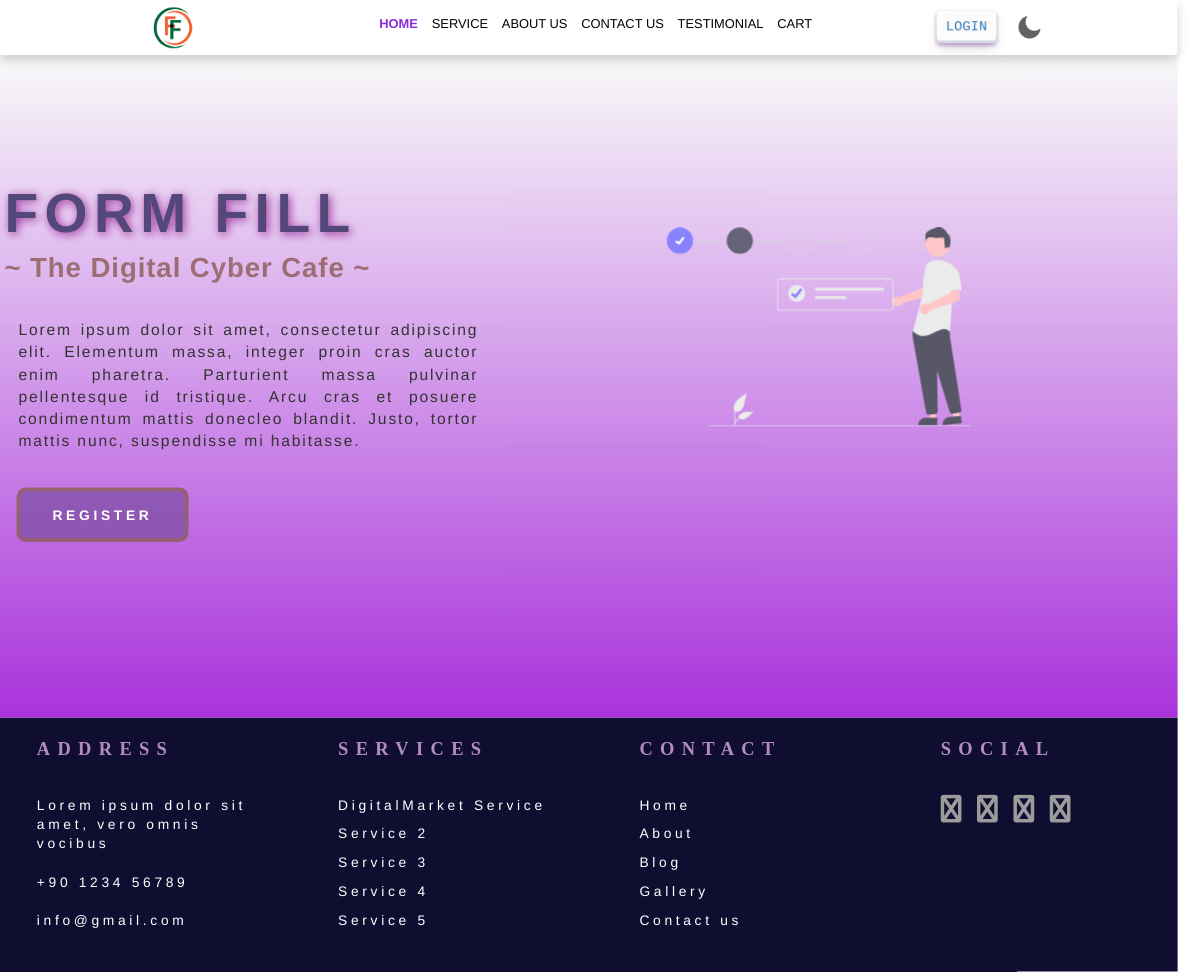
Repository: codervivek5/Formfil
Page: index.html
The author's editor kept a copy of each file at every save. The page is drawn from the files as they stood at one save, then again after the next save.
The browser window is 1280 px wide. The page is 1295 px wide, so the pictures cover 1295 px, including what lies to the right of the window. The pictures show the whole page, at 92% of full size.
Some web fonts or font styles are not loaded; a fallback is used.

Above is the page before, as saved 2023-03-04 21:49:03.

### index.html
<!DOCTYPE html>
<html lang="en">

<head>
	<meta charset="UTF-8" />
	<meta http-equiv="X-UA-Compatible" content="IE=edge" />
	<meta name="viewport" content="width=device-width, initial-scale=1.0" />
	<title>Home-FormFil</title>
	<link rel="stylesheet" href="style/style.css" />
     <link rel="stylesheet" href="style/theme.css">

	<link rel="stylesheet" href="https://maxcdn.bootstrapcdn.com/bootstrap/3.4.1/css/bootstrap.min.css">
	<script src="https://ajax.googleapis.com/ajax/libs/jquery/3.6.0/jquery.min.js"></script>
     <script src="https://maxcdn.bootstrapcdn.com/bootstrap/3.4.1/js/bootstrap.min.js"></script>

	<link rel="stylesheet" href="https://fonts.googleapis.com/css?family=Trirong" />
	<link rel="icon" type="image/x-icon" href="./img/crop_logo.png" />
	<link rel="stylesheet" href="https://cdnjs.cloudflare.com/ajax/libs/font-awesome/6.2.1/css/all.min.css">
</head>

<body>

    <div class="loader">
          <img class= "imgload" src="img/logo.png"  alt="">
     </div>

     <header class="navbar">
      <a href="index.html"><img class="logo" src="img/logo.png" width="100px" height="100px" /></a>

      <div class="navbar-opt">
        <ul class="navbar-list">
          <li><a href="index.html" class="nav-link active">HOME</a></li>
          <li><a href="pages/service.html" class="nav-link">SERVICE </a></li>
          <li><a href="pages/about_us.html" class="nav-link">ABOUT US </a></li>
          <li><a href="pages/contact-us.html" class="nav-link">CONTACT US </a></li>
          <li><a href="pages/testimonial.html" class="nav-link">TESTIMONIAL</a></li>
          <li><a href="pages/cart.html" class="nav-link">CART</a></li>
        </ul>
      </div>

      <div class="fixed-buttons">
        <button><a href="pages/login.html" class="lgn">LOGIN</a></button>
        <img src="img/moon.png" id="icon">
      </div>

      <div class="mobile-menu">
        <ion-icon name="menu-outline" class="menu-icon"></ion-icon>
        <ion-icon name="close-outline" class="menu-icon"></ion-icon>
      </div>

     </header>

	<div class="main">

		<div class="container">
			<div class="content animated fadeInLeft">
				<h1>FORM FILL</h1>
				<h2>~ The Digital Cyber Cafe ~</h2>
				<p class="para">
					Lorem ipsum dolor sit amet, consectetur adipiscing elit.
          Elementum massa, integer proin cras auctor enim pharetra.
					Parturient massa pulvinar pellentesque id tristique.
          Arcu cras et posuere condimentum mattis donecleo blandit.
          Justo, tortor mattis nunc, suspendisse mi habitasse.
				</p>
				<div class="btn">
					<a href="pages/signup.html"> <button class="btn1 button">REGISTER</button></a>
				</div>
			</div>
			<div class="shipp animated fadeInRight">
				<img src="img/svg.svg" />
        <!-- <img src="img/formfilSvg.svg" /> -->
			</div>
		</div>
	</div>

<!-- footer section -->
<footer>
    <div>
        <div class="row">
            <div class="col-lg-3 col-md-5 col-sm-4 col-xs-12">
                <ul class="adress">
                     <span>Address</span>
                     <li>
                        <p>Lorem ipsum dolor sit amet, vero omnis vocibus</p>
                      </li>

                      <li>
                        <p>+90 1234 56789</p>
                      </li>

                      <li>
                        <p>info@gmail.com</p>
                      </li>
                 </ul>
            </div>
            <div class="col-lg-3 col-md-5 col-sm-4 col-xs-12">
               <ul class="service">
                    <span>Services</span>
                    <li>
                       <a href="#">DigitalMarket Service</a>
                     </li>

                     <li>
                        <a href="#">Service 2</a>
                     </li>

                     <li>
                       <a href="#">Service 3</a>
                     </li>

                     <li>
                        <a href="#">Service 4 </a>
                     </li>

                     <li>
                       <a href="#">Service 5</a>
                    </li>
               </ul>
           </div>
            <div class="col-lg-3 col-md-3 col-sm-4 col-xs-12">
                <ul class="contact">
                     <span>Contact</span>
                     <li>
                        <a href="index.html">Home</a>
                      </li>

                      <li>
                         <a href="pages/about_us.html">About</a>
                      </li>

                      <li>
                        <a href="#">Blog</a>
                      </li>

                      <li>
                         <a href="#">Gallery </a>
                      </li>

                      <li>
                        <a href="pages/contact-us.html">Contact us</a>
                     </li>
                </ul>
            </div>

            <div class="col-lg-3 col-md-3 col-sm-4 col-xs-12">
               <ul class="social">
                    <span>Social</span>
                    <li>
                         <a href="https://www.facebook.com/codervivek"  target="_blank"><i class="fa fa-facebook fa-2x"></i></a>
                    </li>

                    <li>
                         <a href="https://github.com/codervivek5" target="_blank"><i class="fa fa-github fa-2x"></i></a>
                    </li>

                    <li>
                         <a href="https://www.linkedin.com/in/codervivek/" target="_blank"><i class="fa fa-linkedin fa-2x"></i></a>
                    </li>

                    <li>
                         <a href="https://twitter.com/codervivek5" target="_blank"><i class="fa fa-twitter fa-2x"></i></a>
                    </li>

                    <li>
                         <a href="https://www.youtube.com/codervivek" target="_blank"><i class="fa fa-youtube-play fa-2x"></i></a>
                   </li>
                  </ul>
            </div>
       </div>
    </div>
    <button class="back-to-top hidden">
     <svg
     xmlns="http://www.w3.org/2000/svg"
     class="back-to-top-icon"
     fill="none"
     viewBox="0 0 24 24"
     stroke="currentColor"
   >
     <path
       stroke-linecap="round"
       stroke-linejoin="round"
       stroke-width="2"
       d="M7 11l5-5m0 0l5 5m-5-5v12"
     />
   </svg></button>
</footer>


<script>

     // Javascript Code for Dark Mode Switch
	var icon = document.getElementById("icon");
	icon.onclick = function(){
		document.body.classList.toggle("dark-mode");
		if (document.body.classList.contains("dark-mode")){
			icon.src="img/sun.png";
		}
		else {
			icon.src="img/moon.png";
		}
	}
  //javascript for loader
  $(document).ready(function() {
      // Animate loader off screen
   setTimeout(function() {
    $(".loader").fadeOut("slow");
   }, 0);
  });
      // Javascript Code for Scroll to top Button
      const showOnPx = 100;
      const backToTopButton = document.querySelector(".back-to-top")

     const scrollContainer = () => {
       return document.documentElement || document.body;
      };

 document.addEventListener("scroll", () => {
   if (scrollContainer().scrollTop > showOnPx) {
     backToTopButton.classList.remove("hidden")
   } else {
     backToTopButton.classList.add("hidden")
   }
 })
 const goToTop = () => {
   document.body.scrollIntoView({
     behavior: "smooth",
   });
 };
 backToTopButton.addEventListener("click", goToTop);

 const mobile_nav= document.querySelector('.mobile-menu');
const nav_header= document.querySelector(".navbar");

const toggleNav = () =>{
  nav_header.classList.toggle("switchOn");
}

mobile_nav.addEventListener('click', () => toggleNav());

</script>
<script type="module" src="https://unpkg.com/ionicons@5.5.2/dist/ionicons/ionicons.esm.js"></script>
<script nomodule src="https://unpkg.com/ionicons@5.5.2/dist/ionicons/ionicons.js"></script>
</body>
</html>

### style/style.css
@import url('https://fonts.googleapis.com/css2?family=Tilt+Prism&display=swap');

body{
	margin:0;
	padding:0;
	background:black;
font-family: 'Times New Roman', Times, serif;
overflow-x: hidden;
}
.main{
	position: relative;
	height:100%;
	width:100%;
	background-position: center;
	background-repeat: no-repeat;
	background-size: cover;
	/* opacity: 0.8; */

}
.navbar{
    padding: 0 !important;
    padding: 0 3rem;
    height: 6rem;
    display: flex;
    justify-content: space-between;
    align-items: center;
    margin-bottom: 0 !important;
    box-shadow: 0px 5px 10px #48464640 !important;
    z-index: 999;
}

.navbar-opt{
    transition: all 0.5s;
  }

  .navbar-list{
    display: flex;
    gap: 1.5rem;
    list-style: none;
  }

  .fixed-buttons{
    display: flex;
    justify-content: center;
    align-items: center;
    column-gap: 1rem;
  }

  .active{
    font-weight: 700 !important;
  }

  .nav-link:link,
.nav-link:visited {
  display: inline-block;
  text-decoration: none;
  color: black;
}

.mobile-menu{
  display: none;
  background: transparent;
  cursor: pointer;
}

.menu-icon{
  width: 3.2rem;
  height: 3.2rem;
  z-index: 1000;
}

.menu-icon[name="close-outline"]{
  display: none;
}

.fixed-buttons button{
  align-items: center;
  appearance: none;
  background-color: #FCFCFD;
  border-radius: 4px;
  border-width: 0;
  box-shadow: #7b378e7b 0 2px 4px,#c1b6c4a8 0 7px 13px -3px,#D6D6E7 0 -3px 0 inset;
  box-sizing: border-box;
  color: #36395A;
  cursor: pointer;
  display: inline-flex;
  font-family: "JetBrains Mono",monospace;
  height: 3.5rem;
  justify-content: center;
  line-height: 1;
  list-style: none;
  overflow: hidden;
  padding-left: 1rem;
  padding-right: 1rem;
  position: relative;
  text-align: left;
  text-decoration: none;
  transition: box-shadow .15s,transform .15s;
  user-select: none;
  -webkit-user-select: none;
  touch-action: manipulation;
  white-space: nowrap;
  will-change: box-shadow,transform;
  font-size: 1.5rem;
}

.fixed-buttons button:focus {
    box-shadow: #D6D6E7 0 0 0 1.5px inset, rgba(45, 35, 66, 0.4) 0 2px 4px, rgba(45, 35, 66, 0.3) 0 7px 13px -3px, #D6D6E7 0 -3px 0 inset;
  }

  .fixed-buttons button:hover {
    box-shadow: rgba(45, 35, 66, 0.4) 0 4px 8px, rgba(45, 35, 66, 0.3) 0 7px 13px -3px, #D6D6E7 0 -3px 0 inset;
    transform: translateY(-2px);
  }

  .fixed-buttons button:active {
    box-shadow: #D6D6E7 0 3px 7px inset;
    transform: translateY(2px);
  }

@media (max-width:1220px){
    .navbar-list{
      gap: 0.3rem;
    }
  }

  @media (max-width:1030px){
    .mobile-menu{
      display: block;
    }

    .navbar{
      padding: 0 1rem;
      position: relative;
    }

    .navbar-opt{
      width: 100vw;
      height: 100vh;
      background-color: #484646dd;
      position: absolute;
      top: 0;
      left: 0;
      display: flex;
      justify-content: center;
      /* transform: translateY(100%); */
      transition: all 0.5s linear;
      opacity: 0;
      visibility: hidden;
      pointer-events: none;
    }

    .navbar-list{
      flex-direction: column;
      align-items: center;
      justify-content: center;
      font-size: 1.7rem;
      font-weight: 500;
    }

    .switchOn .navbar-opt{
      opacity: 1;
      visibility: visible;
      pointer-events: auto;
    }

    .switchOn .mobile-menu .menu-icon[name="close-outline"]{
      display: block;
    }

    .switchOn .mobile-menu .menu-icon[name="menu-outline"]{
      display: none;
    }

  }

  .nav-link:hover{
    color: grey !important;
  }

    /* ____________________________________________________________________________________________________________ */

.container{
    display: flex;
    justify-content: space-between;
    align-items: center;
    position: relative;
    top: 20vh;
    padding: 0px 25px;
}
.shipp{
  margin-top: -90px;
  padding-left: 50px;
}
.shipp img{
    width: 60vh;
}
.content{
  display: flex;
  flex-direction: column;
  margin-left: -110px;
}
.content h1{
    color: #2a1958;
    text-shadow: 2px 2px 10px purple;
    font-size: 6rem;
    letter-spacing: 7px;
    margin-top: -5px;
    font-weight: bold;
}
.content h2{
	width:100%;
  font-weight: bold;
  margin-top: -1px;
  letter-spacing: 1px;
}
.content .para{
  color: black;
	width:100%;
  text-align: justify;
  font-size: 17px;
  margin-top: 30px;
  padding-left: 60px;
  letter-spacing: 2px;
  font-weight: 500;

}
.content .btn{
  text-align: left;
  margin-left: 45px;
  margin-top: 20px;
}
.content button{
    padding: 15px 35px;
    border-radius: 10px;
    border: none;
    background-color: rgba(90, 34, 139,0.7) !important;
    border: 4px solid rgba(122, 60, 60, 0.87);
    color: white !important;
    font-weight: bold !important;
    letter-spacing: 4px;
    font-size: 15px !important;
    transition: transform .2s;
}
.btn1:hover{
  transform: scale(1.15);
  background-color: rgba(90, 34, 139,0.2) !important;
  color: white !important;
}

@media only screen and (max-width: 1300px){
    .shipp img{
      width: 50vw;
      height: 30vh;
  }
  }

  @media only screen and (max-width: 500px){
    .container{
      display: flex;
      flex-direction: column;
      padding: 0 !important;
      margin: 0 !important;
    }
    .content{
      width: 100vw;
      display: flex;
      flex-direction: column;
      justify-content: center;
      align-items: center;
      padding: 0 !important;
      margin: 0 !important;
    }
    .shipp img{
      width: 50vw;
      height: 40vh;
  }
  .content h1{
    font-size: 3rem;
  }
  .content h2{
    font-size: 2rem;
  }
  .content .para{
    font-size: 1.5rem;
  }
  }
/* footer */
footer{
     background-color: #0f0e31;
     padding:20px 0px;
     z-index: 1;
}

footer ul li{
    padding:5px 0px;
}

.adress span , .contact span , .social span, .service span{
   color: #FFF;
   font-weight: 800;
   padding-bottom: 10px;
   margin-bottom: 20px;
   display: block;
   text-transform: uppercase;
   font-size: 20px;
   letter-spacing: 3px;
}

.adress li p , .contact li a , .social li a, .service li a{
    color:#FFF;
    letter-spacing: 2px;
    text-decoration:none;
    font-size:15px;
    font-style: sans-serif;
}

.social li{
    float:left;
}

.adress , .contact , .social , .service{
    list-style: none;
}

.fa{
    color:#9c9c9c;
    margin-right: 15px;
    font-size:24px;
}
.service span{
    letter-spacing: 8px;
    font-family:'Tilt Prism', cursive;
    color:rgb(179,140,189);
}
.contact span{
    letter-spacing: 8px;
    font-family: 'Tilt Prism', cursive;
    color:rgb(179,140,189);

}
.adress span{
    letter-spacing: 8px;
    font-family:'Tilt Prism', cursive;
    color:rgb(179,140,189);
}
.social span{
    letter-spacing: 8px;
    font-family:'Tilt Prism', cursive;
    color:rgb(179,140,189);
}
.service a{
    letter-spacing: 4px !important;
    position: relative;
    transition: all 0.5s ease;
    -webkit-transition: all 0.5s ease;
}
.service a:hover {
    color: rgb(137,130,255) !important;
    transition: all 1s ease;
    -webkit-transition: all 1s ease;
}

 .service a:before, .service a:after {
  content: '';
  position: absolute;
  width: 0%;
  height: 1px;
  bottom: -1px;
  background:rgb(204,214,246);
}

.imgload{
	height: 25%;
	width: 15%;

}
.loader{
    position: fixed;
    z-index: 1;
    top: 0;
    left: 0;
    background: #7b378ec4;
    height: 100%;
    width: 100%;
    display: flex;
    justify-content: center;
    align-items: center;
  }

  .loader.hidden{
    animation: fadeOut 2s forwards;
  }
  @keyframes fadeOut {
    100%{
      opacity: 100%;
      visibility: hidden;
    }
  }



.adress p{
    letter-spacing: 4px !important;
    position: relative;
    transition: all 0.5s ease;
    -webkit-transition: all 0.5s ease;
}
.adress p:hover {
    color: rgb(14, 214, 3) !important;
    transition: all 1s ease;
    -webkit-transition: all 1s ease;
}
.contact a{
    letter-spacing: 4px !important;
    position: relative;
    transition: all 0.5s ease;
    -webkit-transition: all 0.5s ease;
}
.contact a:hover {
    color: rgb(212, 1, 227) !important;
    transition: all 1s ease;
    -webkit-transition: all 1s ease;
}
.social i{
    position: relative;
}
.social i:hover {
    color: rgb(15, 3, 252) !important;
    transition: all 1s ease;
    -webkit-transition: all 1s ease;
}
.back-to-top {
    position: fixed;
    right: 2rem;
    bottom: 2rem;
}
.hidden {
    display: none;
        opacity: 0%;

  }
.back-to-top {
    position: fixed;
    right: 2rem;
    bottom: 2rem;
    border-radius: 100%;
    background: gray;
    padding: 1.5rem;
    border: none;
    cursor: pointer;
    opacity: 100%;
    transition: opacity 0.5s;
  }
  .back-to-top-icon {
    width: 2rem;
    height: 2rem;
    color: white;
  }
  .back-to-top:hover {
    opacity: 60%;
  }

.footerpart{
	text-align: center;
}
.animated {
  -webkit-animation-duration: 5s;
  animation-duration: 5s;
  -webkit-animation-fill-mode: both;
  animation-fill-mode: both;
}

@-webkit-keyframes fadeInLeft {
  0% {
     opacity: 0;
     -webkit-transform: translateX(-100px);
  }
  100% {
     opacity: 1;
     -webkit-transform: translateX(0);
  }
}
.fadeInLeft {
  -webkit-animation-name: fadeInLeft;
  animation-name: fadeInLeft;
}


@-webkit-keyframes fadeInRight {
  0% {
     opacity: 0;
     -webkit-transform: translateX(100px);
  }
  100% {
     opacity: 1;
     -webkit-transform: translateX(0);
  }
}

.fadeInRight {
  -webkit-animation-name: fadeInRight;
  animation-name: fadeInRight;
}

.dark-mode btn{
  background-color: white !important;
}

    /* ____________________________________________________________________________________________________________ */

Loaded but not shown: style/theme.css (73 lines, source omitted)

After the next save:
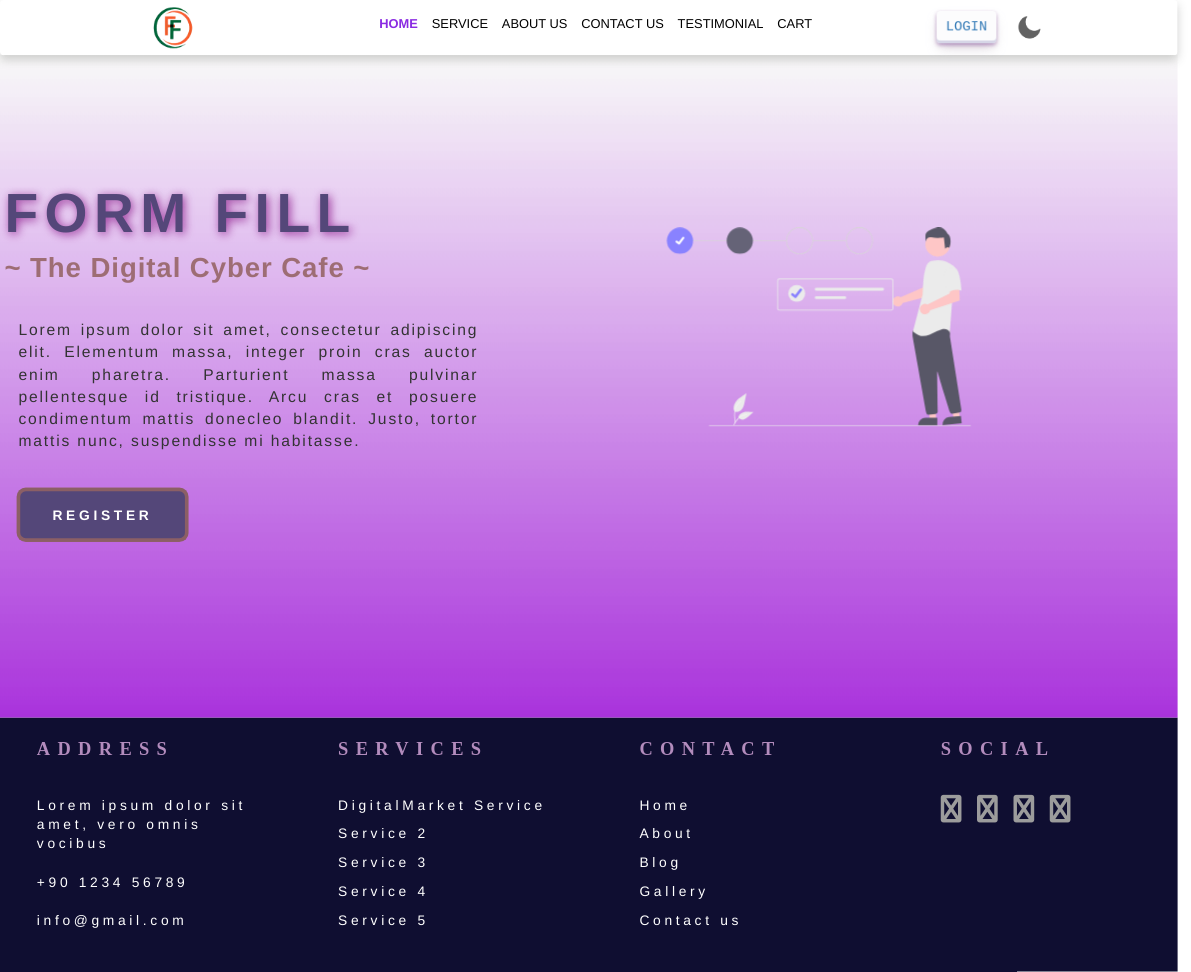
Saved 53 s later.
--- a/style/style.css
+++ b/style/style.css
@@ -234,7 +234,7 @@
     padding: 15px 35px;
     border-radius: 10px;
     border: none;
-    background-color: rgba(90, 34, 139,0.7) !important;
+    background-color: rgba(90, 34, 139,0.7);
     border: 4px solid rgba(122, 60, 60, 0.87);
     color: white !important;
     font-weight: bold !important;
@@ -503,8 +503,6 @@
   animation-name: fadeInRight;
 }
 
-.dark-mode btn{
-  background-color: white !important;
-}
+
 
     /* ____________________________________________________________________________________________________________ */

After the 2 saves that followed:
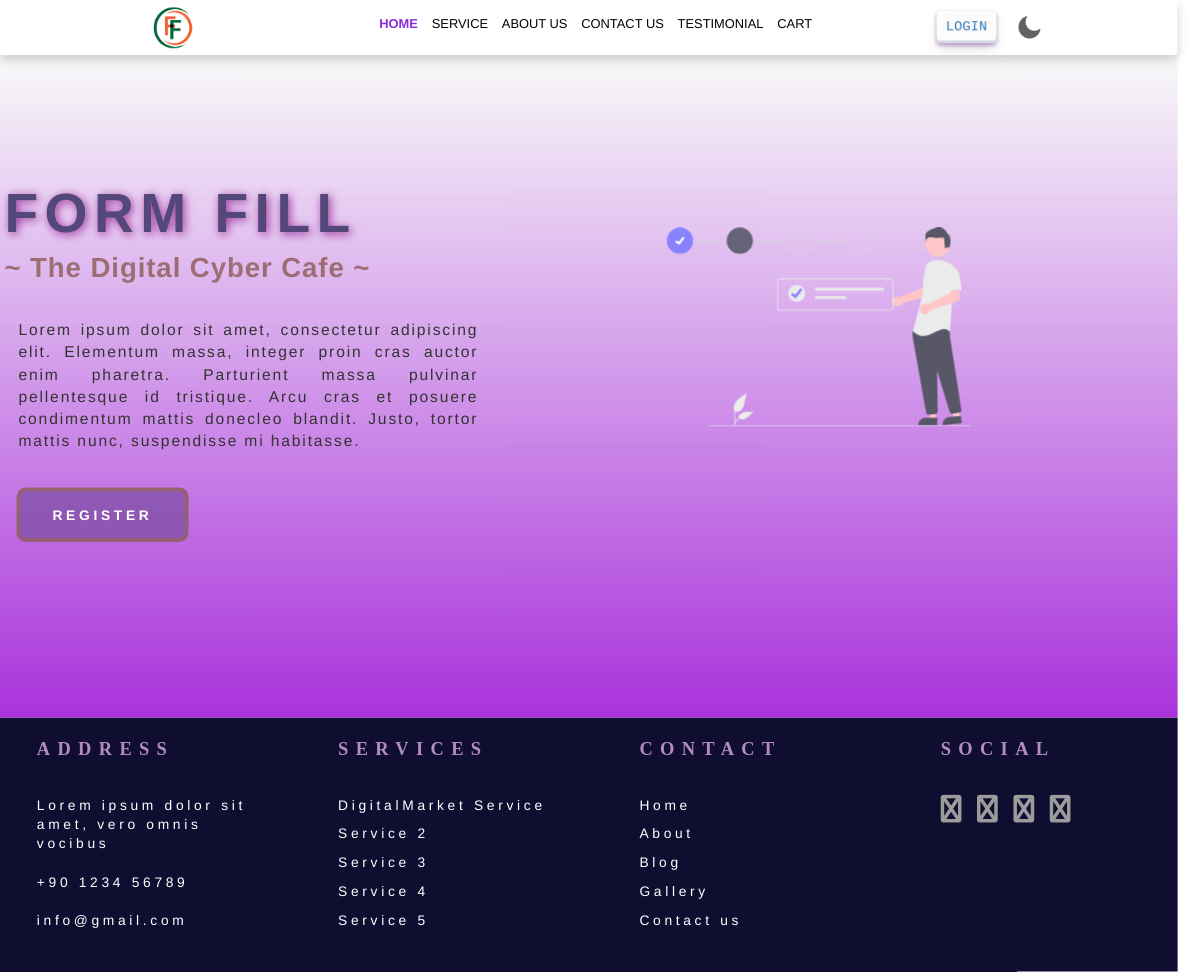
The 2 saves are shown as one change because 1 left the picture as it was.
The last was saved 84 s later.
--- a/style/style.css
+++ b/style/style.css
@@ -234,7 +234,7 @@
     padding: 15px 35px;
     border-radius: 10px;
     border: none;
-    background-color: rgba(90, 34, 139,0.7);
+    background-color: rgba(90, 34, 139,0.7) !important;
     border: 4px solid rgba(122, 60, 60, 0.87);
     color: white !important;
     font-weight: bold !important;
@@ -503,6 +503,8 @@
   animation-name: fadeInRight;
 }
 
-
+.dark-mode btn{
+  background-color: white !important;
+}
 
     /* ____________________________________________________________________________________________________________ */
